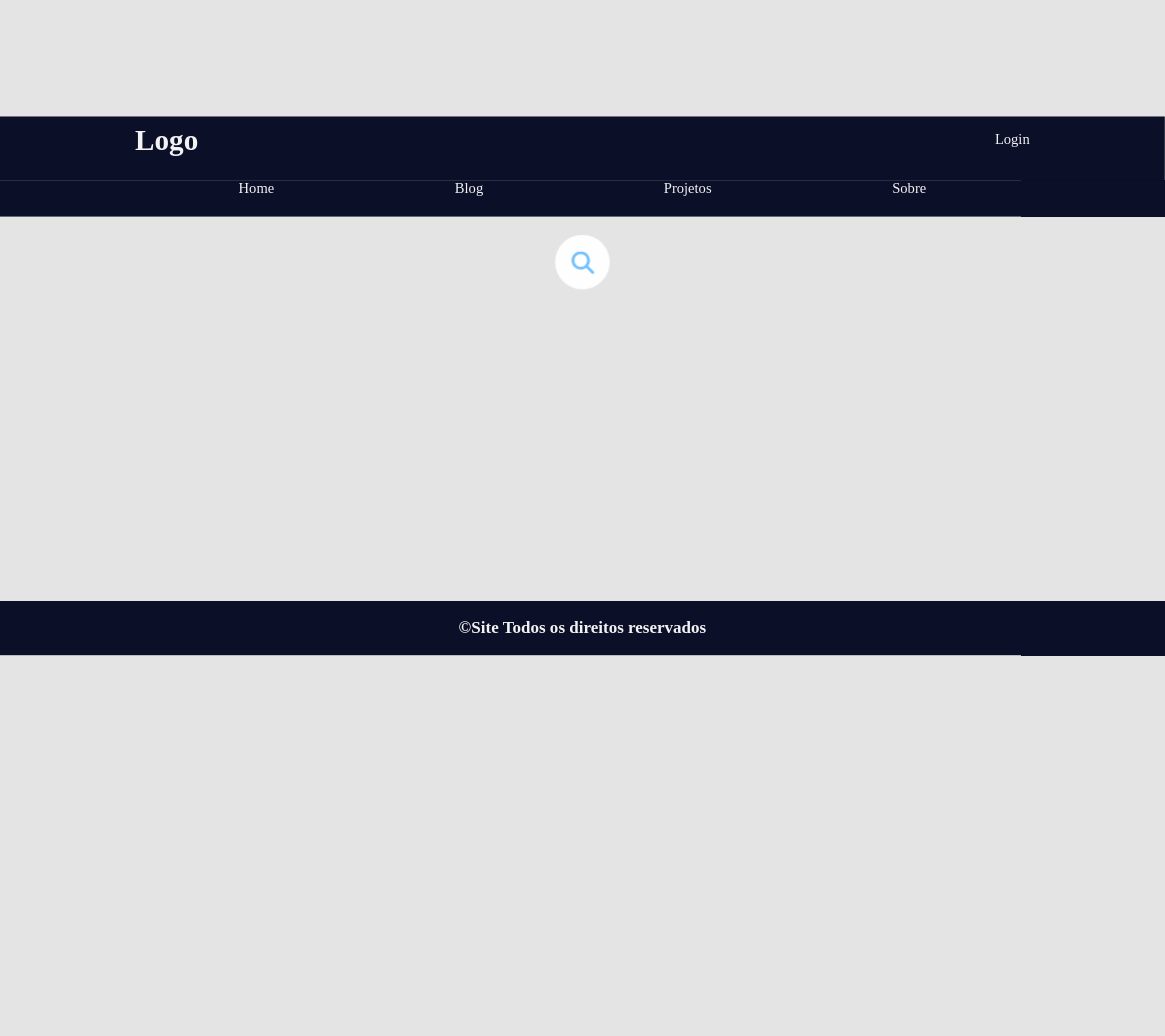
Repository: SauloMorais01/mysitefront-end
Page: src/pages/blog.html
An editor plug-in stored every save of this project. The page is shown before and after the next save, followed by the edit.
The browser window is 1280 px wide. The pictures show the whole page, at 91% of full size.
Some web libraries are served in a nearby version.

Above is the page before, as saved 2024-11-03 14:26:05.

### src/pages/blog.html
<!DOCTYPE html>
<html lang="pt-br">
<head>
    <meta charset="UTF-8">
    <meta name="viewport" content="width=device-width, initial-scale=1.0">
    <title>Titulo - status</title>
    <link rel="stylesheet" href="../css/style.css">
    <script src="../js/utils.js"></script>
    <script src="https://kit.fontawesome.com/0869671a59.js" crossorigin="anonymous"></script>
</head>
<body>
    <div class="divisor-top" style="padding: 5%;"></div>

    <header class="primary-color hd-color-white">
        <div class="container">
            <div class="top-box flex">
                <div class="logo">
                    <a class="hd-color-white" href="/"><h1>Logo</h1></a>
                </div>
                <div class="login">
                    <a class="hd-color-white" href="/">Login</a>
                </div>
                <div class="hover-btn" id="hover-btn">
                    <i class="fa-solid fa-bars"></i>
                </div>
            </div>
        </div>
    </header>

    <section id="menu" class="sticky-top primary-color hd-color-white">
            <div class="container center">
                <a href="/">Home</a>
                <a href="./src/pages/blog.html">Blog</a>
                <a href="/">Projetos</a>
                <a href="/">Sobre</a>
            </div>
    </section>

    <section id="modal-mobile-menu" class="modal-mobile-menu hidden">
        <div class="container center">
            <div class="modal-div">
                <a class="hd-color-white" href="/">Home</a>
            </div>
            <div class="modal-div">
                <a class="hd-color-white" href="./src/pages/blog.html">Blog</a>
            </div>
           <div class="modal-div">
                <a class="hd-color-white" href="/">Projetos</a>
           </div>
            <div class="modal-div">
                <a class="hd-color-white" href="/">Sobre</a>
            </div>
        </div>
    </section>

    <div class="container">
        <div class="search-item">
            <div class="search-box">
                <input type="text" placeholder="Pesquisar..." class="search-text" name="search" id="search-text">
                <a class="search-btn">
                    <img class="btn-blue" src="../img/icone/magnifying-glass-solid.svg" width="25" height="25" alt="pesquisar">
                    <img class="btn-white" src="../img/icone/magnifying-glass-solid-white.svg" width="25" height="25" alt="pesquisar">
                </a>
            </div>
        </div>
    </div>

    <main>

    </main>

    <footer class="primary-color center">
        <h3 class="hd-color-white">&copy;<strong>Site</strong> Todos os direitos reservados</h3>
    </footer>

    <div class="divisor-bottom" style="padding: 50px;"></div>



    <script src="../js/main.js"></script>

    <script>
        app.update();
    </script>
</body>
</html>

### src/css/style.css
/* Primary configs */
:root {
    /* Colors */
    /* Bases */
    --primary-color: 234, 94%, 6%,;
    --secondary-color: 184, 86%, 66%,;
    --body-color: 0, 0%, 89%,;
    --white-color: 0, 0%, 100%,;
    --black-color: 0, 0%, 0%,;
    /* End Bases */

    /* Variations colors */
    --primary-color-normal: hsla(var(--primary-color) 0.95);
    --primary-color-medium: hsla(var(--primary-color) 0.5);
    --primary-color-light: hsla(var(--primary-color) 0.250);

    --secondary-color-normal: hsla(var(--secondary-color) 0.95);
    --secondary-color-medium: hsla(var(--secondary-color) 0.5);
    --secondary-color-light: hsla(var(--secondary-color) 0.250);

    --body-color-normal: hsla(var(--body-color) 0.95);
    --body-color-medium: hsla(var(--body-color) 0.5);
    --body-color-light: hsla(var(--body-color) 0.250);

    --black-color-normal: hsla(var(--black-color) 0.95);
    --black-color-medium: hsla(var(--black-color) 0.5);
    --black-color-light: hsla(var(--black-color) 0.250);

    --white-color-normal: hsla(var(--white-color) 0.95);
    --white-color-medium: hsla(var(--white-color) 0.5);
    --white-color-light: hsla(var(--white-color) 0.250);
    /* End variations colors */
    /* End Colors */

    /* Conf Sizes */
    --container-larger-l: 80%;
    --container-larger-m: 80%;
    --container-larger-s: 80%;
    --container-tablet: 90%;
    --container-small-d: 95%;
    --grid-width: 300px;
    --grid-height: 300px;
    /* End conf Sizes */
}

/* Global */
* {
    box-sizing: border-box;
    margin: 0;
    padding: 0;
}
/* End global */

/* pagina */
body {
    background: var(--body-color-normal);
    height: 100vh;
    width: 100vw;
}

html {
    height: 100%;
}

a {
    list-style: none;
    text-decoration: none;
}


main {
    height: 100vh;
}
header {
    z-index: 1000;
}

footer {
    height: 60px;
    position: fixed;
    bottom: 0;
    width: 100%;
    transform: translateY(0%);
    z-index: 1000;
}

footer h3 {
    padding-top: 1.2rem;
}

.modal-mobile-menu {
    height: 90vh;
    width: 90vw;
    padding-top: 20px;
    /* background: var(--white-color-normal); */
    background-image: linear-gradient(180deg, #303657, #444963);
    position: absolute;
    top: 5%;
    right: 5%;
    z-index: 2000;
    border-radius: 10px;
    border: 5px solid var(--secondary-color-normal);
    display: flex;
    flex-direction: row;
    justify-content: space-between;
}

.modal-div {
    background: var(--primary-color-light);
    margin: 10px 2.5%;
    padding: 10px;
    border-radius: 5px;
}

.modal-mobile-menu a {
    font-family: Impact, Haettenschweiler, 'Arial Narrow Bold', sans-serif;
    position: relative;
}

.menuAnimation {
    animation-duration: 0.25s;
    animation-name: menuAnim;
}

.menuAnimationRev {
    animation-duration: 0.25s;
    animation-name: menuAnimReverse;
}

.whatsapp-icon {
    position: fixed;
    bottom: 6%;
    right: 3%;
}

.whatsapp-icon img {
    width: 68px;
    height: 68px;
    animation-duration: 1s;
    animation-name: esvanecer;
    animation-iteration-count: infinite;
}

.workflow {
    margin-top: 20px;
    height: auto;
}

.workflow-title {
    margin-left: 20px;
    margin-top: 20px;
}

.box-workflow {
    text-align: center;
    height: auto;
    width: 150px;
    margin: 5px;
    background-color:var(--primary-color-medium);
    padding: 10px;
}

/* Search area */
.search-item {
    position: relative;
    display: flex;
    margin-top: 20px;
    justify-content: center;
    align-items:center;
}

.search-box {
    display: flex;
    /* width: 300px; */
    height: 60px;
    justify-content: space-between;
    align-items:center;

    background: var(--white-color-normal);
    border-radius: 40px;
    padding: 10px;
    z-index: 3;
}

.search-text {
    background: none;
    border: 0;
    outline: 0;

    padding: 0;

    transition: 0.5s;

    font-size: 16px;
    color: var(--black-color-normal);
    width: 0;
}

.search-btn {
    width: 40px;
    height: 50px;

    display: flex;
    justify-content: center;
    border-radius: 30px;
    align-items: center;
    cursor: pointer;
}

.btn-white {
    display: none;
}

.search-item:hover .search-text {
    width: 320px;
}

.search-item:hover .search-btn {
    width: 50px;
    background-color: #74C0FC;
}

.search-item:hover .search-btn .btn-blue {
    display: none;
}

.search-item:hover .search-btn .btn-white {
    display: block;
}
/* end Search area */


/* Animation */
@keyframes menuAnim {
    from {
        right: -100%;
      }

      to {
        right: 5%;
      }
}

@keyframes menuAnimReverse {
    from {
        right: 5%;
      }

      to {
        right: -100%;
      }
}

@keyframes esvanecer {
    0% {
        opacity: 100%;
      }

      50% {
        opacity: 50%;
      }

      100% {
        opacity: 100%;
      }
}

/* end pagina */

/* Utils */
.flex {
    display: flex;
}

.sticky-top {
    position: sticky;
    top: 0;
}

.center {
    text-align: center;
}

.right {
    text-align: right;
}

.left {
    text-align: left;
}

.grid-temp {
    display: flex;
    flex-direction: row;
    flex-wrap: wrap;
    /* align-items:center; */
    justify-content: center;
}

.primary-color{
    background: var(--primary-color-normal);
}

.secondary-color{
    background: var(--secondary-color-normal);
}

.hd-color-black {
    color: var(--black-color-normal);
}

.hd-color-white {
    color: var(--white-color-normal);
}

.hidden {
    display: none;
}
/* End utils */



/* Responsividade */
@media (max-width: 575.99px) {
    .container {
        margin: 0 auto;
        width: var(--container-small-d);
    }

    header {
        position: fixed;
        top: 0;
        height: 40px;
        width: 100%;
    }

    #menu {
        height: 40px;
        display:none;
    }

    #menu a {
        color: var(--white-color-normal);
        margin: 5px 2%;
        padding: 10px 5%;
    }

    #menu a:hover {
        background-color: var(--secondary-color-light);
        border-radius: 5px;
    }

    .hover-btn {
        position: absolute;
        right: 1rem;
        padding-top: 10px;
    }

    .hover-btn:hover {
        background: var(--primary-color-light);
        cursor: pointer;
    }

    .top-box {
        position: relative;
        padding-top: 2px;
    }

    .logo {
        position: absolute;
        left: 1%;
        font-size: 0.8rem;
    }

    .login {
        position: absolute;
        margin-top: 2px;
        right: 1%;
        display: none;
    }

    /* Main */
    .info-top{
        /* background: #4f0c6e; */
        height: 250px;
        background-image: linear-gradient(50deg, #2222227a, #2222227a), url(../img/freepik__generate-images-about-web-development__7459.jpeg);
        background-position: center;
        background-size: 100% 100%;
        display: flex;
        align-items: center;
        justify-content: center;
        /* background-repeat: no-repeat; */
    }

    .info-top h1 {
        font-size: 1.25rem;
    }

    .info-top p {
        text-align: center;
        font-size: 0.8rem;
        width: fit-content;
        font-size: 0.8rem;
        background: var(--primary-color-medium);
        border-radius: 5px;
        padding: 10px;
        font-family: Impact, Haettenschweiler, 'Arial Narrow Bold', sans-serif;
    }

    .divisor-bottom {
        height: 40px;
    }

    .divisor-top {
        height: 4.8%;
    }
}

@media (min-width: 576px) {
    .container {
        margin: 0 auto;
        width: var(--container-small-d);
    }

    header {
        height: 40px;
    }

    #menu {
        height: 40px;
        display:none;
    }

    #menu a {
        color: var(--white-color-normal);
        margin: 5px 2%;
        padding: 10px 5%;
    }

    #menu a:hover {
        background-color: var(--secondary-color-light);
        border-radius: 5px;
    }

    .top-box {
        position: relative;
        padding-top: 3px;
    }

    .logo {
        position: absolute;
        left: 1%;
        font-size: 0.8rem;
    }

    .login {
        position: absolute;
        margin-top: 3px;
        right: 1%;
        display: none;
    }

    .hover-btn {
        position: absolute;
        right: 1rem;
        padding-top: 10px;
    }

    .hover-btn:hover {
        background: var(--primary-color-light);
        cursor: pointer;
    }

    .top-box {
        position: relative;
        padding-top: 2px;
    }

    /* Main */
    .info-top{
        /* background: #4f0c6e; */
        height: 250px;
        background-image: linear-gradient(50deg, #2222227a, #2222227a), url(../img/freepik__generate-images-about-web-development__7459.jpeg);
        background-position: center;
        background-size: 100% 100%;
        display: flex;
        align-items: center;
        justify-content: center;
        /* background-repeat: no-repeat; */
    }

    .info-top h1 {
        font-size: 1.25rem;
    }

    .info-top p {
        text-align: center;
        width: fit-content;
        font-size: 0.8rem;
        background: var(--primary-color-medium);
        border-radius: 5px;
        padding: 10px;
    }

    .divisor-bottom {
        height: 40px;
    }

    .divisor-top {
        height: 4.8%;
    }
}

/* Medium devices (tablets, 768px and up) */
@media (min-width: 768px) {
    .container {
        margin: 0 auto;
        width: var(--container-tablet);
    }

    header {
        height: 50px;
    }

    #menu {
        height: 40px;
        display:none;
    }

    #menu a {
        color: var(--white-color-normal);
        margin: 5px 3%;
        padding: 10px 5%;
    }

    #menu a:hover {
        background-color: var(--secondary-color-light);
        border-radius: 5px;
    }

    .top-box {
        position: relative;
        padding-top: 6px;
    }

    .logo {
        position: absolute;
        left: 2%;
        font-size: 1rem;
    }

    .login {
        position: absolute;
        margin-top: 6px;
        right: 2%;
        display: none;
    }

    .hover-btn {
        position: absolute;
        right: 1rem;
        padding-top: 10px;
    }

    .hover-btn:hover {
        background: var(--primary-color-light);
        cursor: pointer;
    }

    .top-box {
        position: relative;
        padding-top: 2px;
    }

    /* Main */
    .info-top{
        /* background: #4f0c6e; */
        height: 300px;
        background-image: linear-gradient(50deg, #2222227a, #2222227a), url(../img/freepik__generate-images-about-web-development__7459.jpeg);
        background-position: center;
        background-size: 100% 100%;
        display: flex;
        align-items: center;
        justify-content: center;
        /* background-repeat: no-repeat; */
    }

    .info-top h1 {
        font-size: 1.5rem;
    }

    .info-top p {
        margin: 10px;
        font-size: 1.0rem;
    }

    .divisor-bottom {
        height: 40px;
    }

    .divisor-top {
        height: 4%;
    }
}

/* Large devices (desktops, 992px and up) */
@media (min-width: 992px) {
    .container {
        margin: 0 auto;
        width: var(--container-larger-s);
    }

    header {
        height: 60px;
    }

    #menu {
        height: 40px;
        display: block;
    }

    #menu a {
        color: var(--white-color-normal);
        margin: 5px 4%;
        padding: 10px 5%;
    }

    #menu a:hover {
        background-color: var(--secondary-color-light);
        border-radius: 5px;
    }

    .top-box {
        position: relative;
        padding-top: 8px;
    }

    .logo {
        position: absolute;
        left: 2%;
    }

    .login {
        position: absolute;
        margin-top: 8px;
        right: 2%;
        display: block;
    }

    .hover-btn {
        position: absolute;
        right: 1rem;
        padding-top: 10px;
        display: none;
        padding: 10px;
    }

    .hover-btn:hover {
        background: var(--primary-color-light);
        cursor: pointer;
    }


    /* Main */
    .info-top{
        /* background: #4f0c6e; */
        height: 350px;
        background-image: linear-gradient(50deg, #2222227a, #2222227a), url(../img/freepik__generate-images-about-web-development__7459.jpeg);
        background-position: center;
        background-size: 100% 100%;
        display: flex;
        align-items: center;
        justify-content: center;
        /* background-repeat: no-repeat; */
    }

    .info-top h1 {
        font-size: 2.0rem;
    }

    .info-top p {
        font-size: 1.0rem;
    }

    .divisor-bottom {
        height: 60px;
    }

    .divisor-top {
        height: 3%;
    }
}

/* X-Large devices (large desktops, 1200px and up) */
@media (min-width: 1200px) {
    .container {
        margin: 0 auto;
        width: var(--container-larger-m);
    }

    header {
        height: 70px;
    }

    #menu {
        height: 40px;
        display: block;
    }

    #menu a {
        color: var(--white-color-normal);
        margin: 5px 4.5%;
        padding: 10px 5%;
    }

    #menu a:hover {
        background-color: var(--secondary-color-light);
        border-radius: 5px;
    }

    .top-box {
        position: relative;
        padding-top: 8px;
    }

    .logo {
        position: absolute;
        left: 2%;
    }

    .login {
        position: absolute;
        margin-top: 8px;
        right: 2%;
    }

    /* Main */
    .info-top{
        /* background: #4f0c6e; */
        height: 400px;
        background-image: linear-gradient(50deg, #2222227a, #2222227a), url(../img/freepik__generate-images-about-web-development__7459.jpeg);
        background-position: center;
        background-size: 100% 100%;
        display: flex;
        align-items: center;
        justify-content: center;
        /* background-repeat: no-repeat; */
    }

    .info-top h1 {
        font-size: 2.5rem;
    }

    .info-top p {
        font-size: 1.5rem;
    }

    .divisor-bottom {
        height: 60px;
    }

    .divisor-top {
        height: 2%;
    }
}

/* XX-Large devices (larger desktops, 1400px and up) */
@media (min-width: 1400px) {
    .container {
        margin: 0 auto;
        width: var(--container-larger-l);
    }

    header {
        height: 75px;
    }

    #menu {
        height: 40px;
        display: block;
    }

    #menu a {
        color: var(--white-color-normal);
        margin: 5px 5%;
        padding: 10px 5%;
        font-family: 'Trebuchet MS', 'Lucida Sans Unicode', 'Lucida Grande', 'Lucida Sans', Arial, sans-serif;
        font-weight: bold;
    }

    #menu a:hover {
        background-color: var(--secondary-color-light);
        border-radius: 5px;
    }

    .top-box {
        position: relative;
        padding-top: 10px;
    }

    .logo {
        position: absolute;
        left: 2%;
    }

    .login {
        position: absolute;
        margin-top: 10px;
        right: 2%;
    }

    /* Main */
    .info-top{
        /* background: #4f0c6e; */
        height: 400px;
        background-image: linear-gradient(50deg, #2222227a, #2222227a), url(../img/freepik__generate-images-about-web-development__7459.jpeg);
        background-position: center;
        background-size: 100% 100%;
        display: flex;
        align-items: center;
        justify-content: center;
        /* background-repeat: no-repeat; */
    }

    .info-top h1 {
        font-size: 2.5rem;
        font-family: monospace;
    }

    .info-top p {
        font-size: 1.5rem;
        font-family: Impact, Haettenschweiler, 'Arial Narrow Bold', sans-serif;
    }

    .divisor-bottom {
        height: 60px;
    }

    .divisor-top {
        height: 2%;
    }
}
/* End responsividade */

### src/js/utils.js
class MenuController {
    /**
     * @param {HTMLElement} btnMenu
     * @param {HTMLElement} menuHover
     */
    constructor(btnMenu, menuHover) {
        this.btnMenuRoot = btnMenu
        this.menuHoverRoot = menuHover;
    }

    /**
     * @returns {HTMLElement} menuHover
     */
    get menuHoverRoot() {
        return this._menuHover
    }

    /**
     * @param {HTMLElement} root
     */
    set menuHoverRoot(root) {
        return this._menuHover = root;
    }

    /**
     * @returns {HTMLElement} btnMenu
     */
    get btnMenuRoot() {
        return this._btnMenu
    }

    /**
     * @param {HTMLElement} root
     */
    set btnMenuRoot(root) {
        return this._btnMenu = root;
    }

    /**
     * @returns {void}
     */
    showMenu() {
        this.btnMenuRoot.onclick = () => {
            if(this.menuHoverRoot.classList.contains('hidden')) {
                this.menuHoverRoot.classList.remove('hidden');
                this.menuHoverRoot.classList.add('menuAnimation');
                this.menuHoverRoot.classList.remove('menuAnimationRev');
            } else {
                this.menuHoverRoot.classList.remove('menuAnimation');
                this.menuHoverRoot.classList.add('menuAnimationRev');
                return setTimeout(() => {
                    this.menuHoverRoot.classList.add(`hidden`);
                }, 235);
            }
            clearTimeout(this);
        }
    }
}

### src/js/main.js
class Main {
    constructor() {
        this.btnMenu = document.getElementById('hover-btn');
        this.hoverMenu = document.getElementById('modal-mobile-menu');
        this.menuController = new MenuController(this.btnMenu, this.hoverMenu);
    }

    /**
     * @param {HTMLElement} root
     */
    set btnMenu(root) {
        return this._menuBtn = root;
    }

    /**
     * @returns {HTMLElement} btnMenu
     */
    get btnMenu() {
        return this._menuBtn
    }

    /**
     * @param {HTMLElement} root
     */
    set hoverMenu(root) {
        return this._hoverMenu = root;
    }

    /**
     * @returns {HTMLElement} hoverMenu
     */
    get hoverMenu() {
        return this._hoverMenu
    }


    update() {
        this.menuController.showMenu();
    }
}


const app = new Main();

After the next save:
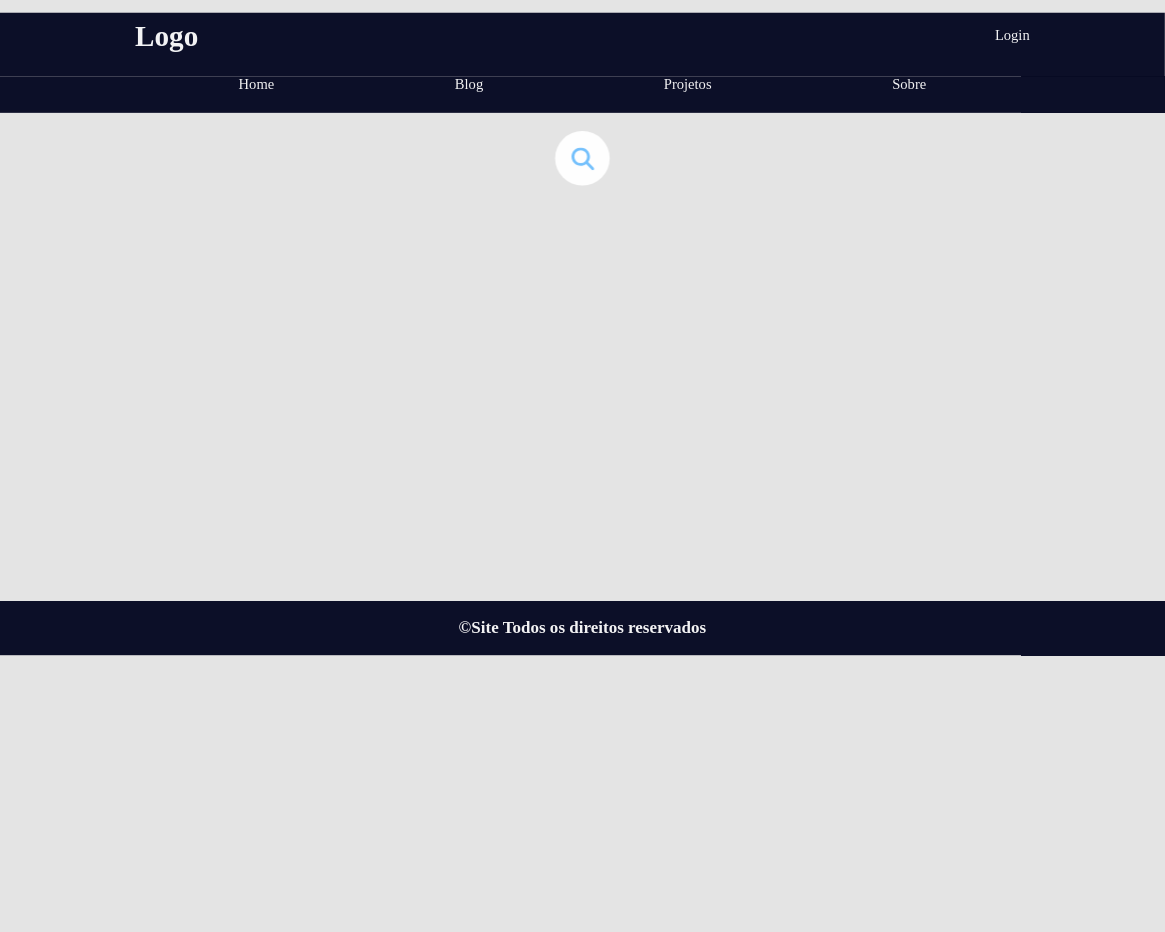
Saved 24 s later.
--- a/src/pages/blog.html
+++ b/src/pages/blog.html
@@ -9,7 +9,7 @@
     <script src="https://kit.fontawesome.com/0869671a59.js" crossorigin="anonymous"></script>
 </head>
 <body>
-    <div class="divisor-top" style="padding: 5%;"></div>
+    <div class="divisor-top"></div>
 
     <header class="primary-color hd-color-white">
         <div class="container">
